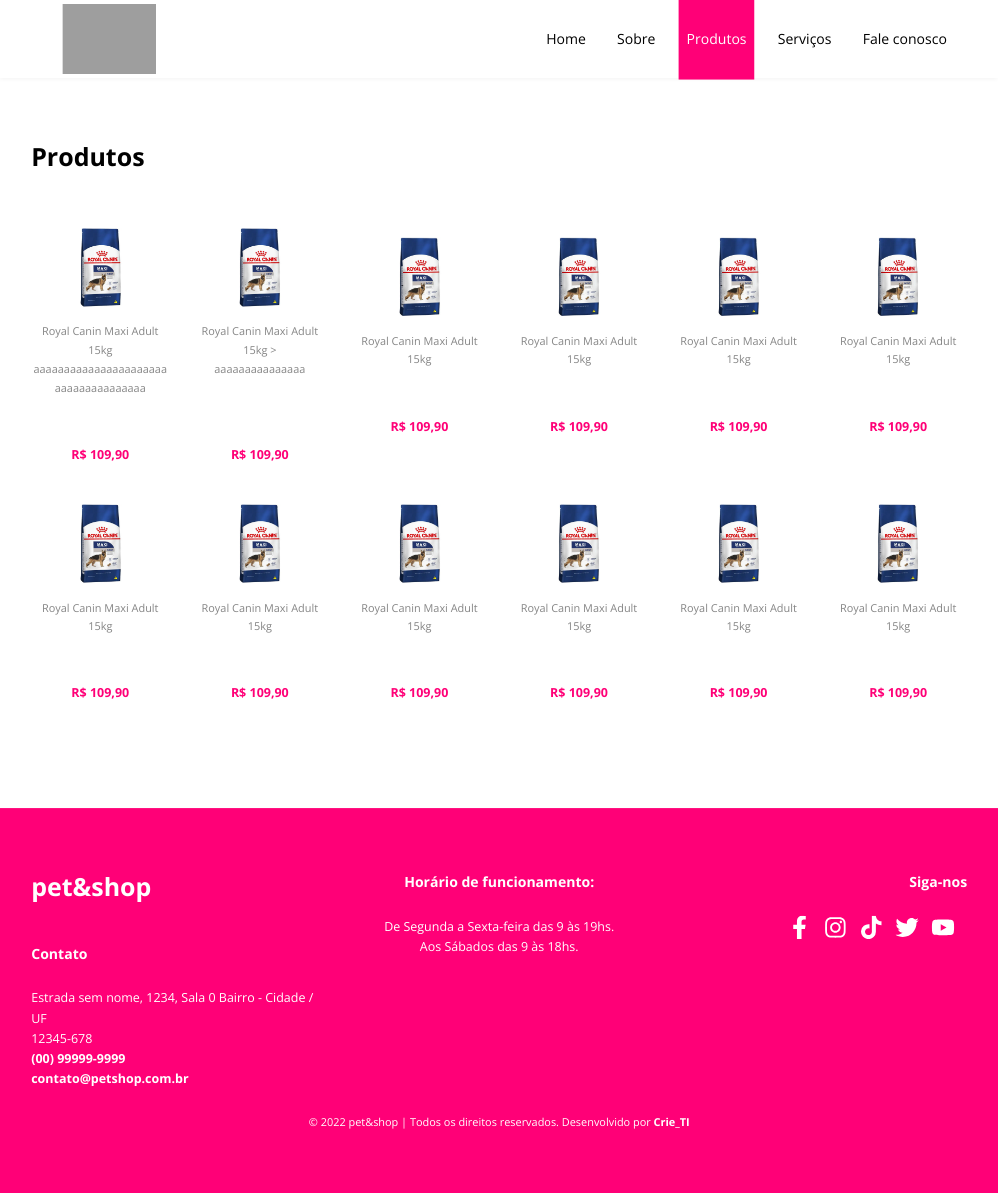
Repository: EzequielKaiber/pet-e-shop
Page: produtos.html
An editor plug-in stored every save of this project. The page is shown before and after the next save, followed by the edit.
The browser window is 1280 px wide. The pictures show the whole page, at 78% of full size.
Pictures or frames that could not be fetched are drawn as grey boxes.

Above is the page before, as saved 2022-04-25 15:40:01.

### produtos.html
<!DOCTYPE html>
<html lang="en">
<head>
    <meta charset="UTF-8">
    <meta http-equiv="X-UA-Compatible" content="IE=edge">
    <meta name="viewport" content="width=device-width, initial-scale=1.0">
    <title>Produtos</title>
    <link rel="stylesheet" href="css/header.css">
    <link rel="stylesheet" href="css/style.css">
    <link rel="stylesheet" href="css/footer.css">
    <link href="https://fonts.googleapis.com/css2?family=Open+Sans:wght@400;700&display=swap" rel="stylesheet">
</head>
<body class="page-produtos">
    <header>
        <div class="container">
            <div class="header-itens">
                <a href="./">
                    <div class="logo" style="background-image: url(img/logo-colored.svg);"></div>
                </a>
                <nav class="menu">
                    <ul>
                        <li>
                            <a href="./index.html">Home</a>
                        </li>
                        <li>
                            <a href="./sobre.html">Sobre</a>
                        </li>
                        <li class="active">
                            <a href="./produtos.html">Produtos</a>
                        </li>
                        <li>
                            <a href="./servicos.html">Serviços</a>
                        </li>
                        <li>
                            <a href="./fale-conosco.html">Fale conosco</a>
                        </li>
                    </ul>
                </nav>
            </div>
        </div>
    </header>
    <div class="container">
        <div class="produtos-list">
            <div class="title">
                <h2>Produtos</h2>
            </div>
            <div class="cards-produtos">
                <div class="card">
                    <div class="image" style="background-image: url(img/Produtos/product-1.webp);"></div>
                    <small>Royal Canin Maxi Adult 15kg <br>
                        aaaaaaaaaaaaaaaaaaaaaa <br>
                        aaaaaaaaaaaaaaa <br>
                    </small>
                    <span>R$ 109,90</span>
                </div>
                <div class="card">
                    <div class="image" style="background-image: url(img/Produtos/product-1.webp);"></div>
                    <small>Royal Canin Maxi Adult 15kg
                        ><br> aaaaaaaaaaaaaaa
                        <br>
                        <br>
                    </small>
                    <span>R$ 109,90</span>
                </div>
                <div class="card">
                    <div class="image" style="background-image: url(img/Produtos/product-1.webp);"></div>
                    <small>Royal Canin Maxi Adult 15kg</small>
                    <span>R$ 109,90</span>
                </div>
                <div class="card">
                    <div class="image" style="background-image: url(img/Produtos/product-1.webp);"></div>
                    <small>Royal Canin Maxi Adult 15kg</small>
                    <span>R$ 109,90</span>
                </div>
                <div class="card">
                    <div class="image" style="background-image: url(img/Produtos/product-1.webp);"></div>
                    <small>Royal Canin Maxi Adult 15kg</small>
                    <span>R$ 109,90</span>
                </div>
                <div class="card">
                    <div class="image" style="background-image: url(img/Produtos/product-1.webp);"></div>
                    <small>Royal Canin Maxi Adult 15kg</small>
                    <span>R$ 109,90</span>
                </div>
                <div class="card">
                    <div class="image" style="background-image: url(img/Produtos/product-1.webp);"></div>
                    <small>Royal Canin Maxi Adult 15kg</small>
                    <span>R$ 109,90</span>
                </div>
                <div class="card">
                    <div class="image" style="background-image: url(img/Produtos/product-1.webp);"></div>
                    <small>Royal Canin Maxi Adult 15kg</small>
                    <span>R$ 109,90</span>
                </div>
                <div class="card">
                    <div class="image" style="background-image: url(img/Produtos/product-1.webp);"></div>
                    <small>Royal Canin Maxi Adult 15kg</small>
                    <span>R$ 109,90</span>
                </div>
                <div class="card">
                    <div class="image" style="background-image: url(img/Produtos/product-1.webp);"></div>
                    <small>Royal Canin Maxi Adult 15kg</small>
                    <span>R$ 109,90</span>
                </div>
                <div class="card">
                    <div class="image" style="background-image: url(img/Produtos/product-1.webp);"></div>
                    <small>Royal Canin Maxi Adult 15kg</small>
                    <span>R$ 109,90</span>
                </div>
                <div class="card">
                    <div class="image" style="background-image: url(img/Produtos/product-1.webp);"></div>
                    <small>Royal Canin Maxi Adult 15kg</small>
                    <span>R$ 109,90</span>
                </div>
            </div>
        </div>
    </div>
    <footer>
        <div class="container">
            <div class="footer-itens">
                <div class="footer-item">
                    <h2>pet&shop</h2>
                    <ul>
                        <li class="title">Contato</li>
                        <li>Estrada sem nome, 1234, Sala 0 Bairro - Cidade / UF</li>
                        <li>12345-678</li>
                        <li><a href="tel:(00) 99999-9999">(00) 99999-9999</a></li>
                        <li><a href="mailto:contato@petshop.com.br">contato@petshop.com.br</a></li>
                    </ul>
                </div>
                <div class="footer-item dflex alg-center jcc f-col">
                    <h1>Horário de funcionamento:</h1>
                    <p>De Segunda a Sexta-feira das 9 às 19hs.</p>
                    <p>Aos Sábados das 9 às 18hs.</p>
                </div>
                <div class="footer-item social-items">
                    <h1>Siga-nos</h1>
                    <div class="social">
                        <a href="#">
                            <svg xmlns="http://www.w3.org/2000/svg" viewBox="0 0 320 512"><!--! Font Awesome Pro 6.1.1 by @fontawesome - https://fontawesome.com License - https://fontawesome.com/license (Commercial License) Copyright 2022 Fonticons, Inc. --><path d="M279.14 288l14.22-92.66h-88.91v-60.13c0-25.35 12.42-50.06 52.24-50.06h40.42V6.26S260.43 0 225.36 0c-73.22 0-121.08 44.38-121.08 124.72v70.62H22.89V288h81.39v224h100.17V288z"/></svg>
                        </a>
                        <a href="#">
                            <svg xmlns="http://www.w3.org/2000/svg" viewBox="0 0 448 512"><!--! Font Awesome Pro 6.1.1 by @fontawesome - https://fontawesome.com License - https://fontawesome.com/license (Commercial License) Copyright 2022 Fonticons, Inc. --><path d="M224.1 141c-63.6 0-114.9 51.3-114.9 114.9s51.3 114.9 114.9 114.9S339 319.5 339 255.9 287.7 141 224.1 141zm0 189.6c-41.1 0-74.7-33.5-74.7-74.7s33.5-74.7 74.7-74.7 74.7 33.5 74.7 74.7-33.6 74.7-74.7 74.7zm146.4-194.3c0 14.9-12 26.8-26.8 26.8-14.9 0-26.8-12-26.8-26.8s12-26.8 26.8-26.8 26.8 12 26.8 26.8zm76.1 27.2c-1.7-35.9-9.9-67.7-36.2-93.9-26.2-26.2-58-34.4-93.9-36.2-37-2.1-147.9-2.1-184.9 0-35.8 1.7-67.6 9.9-93.9 36.1s-34.4 58-36.2 93.9c-2.1 37-2.1 147.9 0 184.9 1.7 35.9 9.9 67.7 36.2 93.9s58 34.4 93.9 36.2c37 2.1 147.9 2.1 184.9 0 35.9-1.7 67.7-9.9 93.9-36.2 26.2-26.2 34.4-58 36.2-93.9 2.1-37 2.1-147.8 0-184.8zM398.8 388c-7.8 19.6-22.9 34.7-42.6 42.6-29.5 11.7-99.5 9-132.1 9s-102.7 2.6-132.1-9c-19.6-7.8-34.7-22.9-42.6-42.6-11.7-29.5-9-99.5-9-132.1s-2.6-102.7 9-132.1c7.8-19.6 22.9-34.7 42.6-42.6 29.5-11.7 99.5-9 132.1-9s102.7-2.6 132.1 9c19.6 7.8 34.7 22.9 42.6 42.6 11.7 29.5 9 99.5 9 132.1s2.7 102.7-9 132.1z"/></svg>
                        </a>
                        <a href="#">
                            <svg xmlns="http://www.w3.org/2000/svg" viewBox="0 0 448 512"><!--! Font Awesome Pro 6.1.1 by @fontawesome - https://fontawesome.com License - https://fontawesome.com/license (Commercial License) Copyright 2022 Fonticons, Inc. --><path d="M448,209.91a210.06,210.06,0,0,1-122.77-39.25V349.38A162.55,162.55,0,1,1,185,188.31V278.2a74.62,74.62,0,1,0,52.23,71.18V0l88,0a121.18,121.18,0,0,0,1.86,22.17h0A122.18,122.18,0,0,0,381,102.39a121.43,121.43,0,0,0,67,20.14Z"/></svg>
                        </a>
                        <a href="#">
                            <svg xmlns="http://www.w3.org/2000/svg" viewBox="0 0 512 512"><!--! Font Awesome Pro 6.1.1 by @fontawesome - https://fontawesome.com License - https://fontawesome.com/license (Commercial License) Copyright 2022 Fonticons, Inc. --><path d="M459.37 151.716c.325 4.548.325 9.097.325 13.645 0 138.72-105.583 298.558-298.558 298.558-59.452 0-114.68-17.219-161.137-47.106 8.447.974 16.568 1.299 25.34 1.299 49.055 0 94.213-16.568 130.274-44.832-46.132-.975-84.792-31.188-98.112-72.772 6.498.974 12.995 1.624 19.818 1.624 9.421 0 18.843-1.3 27.614-3.573-48.081-9.747-84.143-51.98-84.143-102.985v-1.299c13.969 7.797 30.214 12.67 47.431 13.319-28.264-18.843-46.781-51.005-46.781-87.391 0-19.492 5.197-37.36 14.294-52.954 51.655 63.675 129.3 105.258 216.365 109.807-1.624-7.797-2.599-15.918-2.599-24.04 0-57.828 46.782-104.934 104.934-104.934 30.213 0 57.502 12.67 76.67 33.137 23.715-4.548 46.456-13.32 66.599-25.34-7.798 24.366-24.366 44.833-46.132 57.827 21.117-2.273 41.584-8.122 60.426-16.243-14.292 20.791-32.161 39.308-52.628 54.253z"/></svg>
                        </a>
                        <a href="#">
                            <svg xmlns="http://www.w3.org/2000/svg" viewBox="0 0 576 512"><!--! Font Awesome Pro 6.1.1 by @fontawesome - https://fontawesome.com License - https://fontawesome.com/license (Commercial License) Copyright 2022 Fonticons, Inc. --><path d="M549.655 124.083c-6.281-23.65-24.787-42.276-48.284-48.597C458.781 64 288 64 288 64S117.22 64 74.629 75.486c-23.497 6.322-42.003 24.947-48.284 48.597-11.412 42.867-11.412 132.305-11.412 132.305s0 89.438 11.412 132.305c6.281 23.65 24.787 41.5 48.284 47.821C117.22 448 288 448 288 448s170.78 0 213.371-11.486c23.497-6.321 42.003-24.171 48.284-47.821 11.412-42.867 11.412-132.305 11.412-132.305s0-89.438-11.412-132.305zm-317.51 213.508V175.185l142.739 81.205-142.739 81.201z"/></svg>
                        </a>
                    </div>
                </div>
            </div>
            <div class="copy">
                <p>© 2022 pet&shop | Todos os direitos reservados. Desenvolvido por <a target="_blank" href="https://www.univates.br/crieti">Crie_TI</a></p>
            </div>
        </div>
    </footer>
</body>
</html>

### css/header.css
* {
    padding: 0;
    margin: 0;
    box-sizing: border-box;
}
header {
    width: 100%;
    height: 100px;
    background-color: #fff;
    box-shadow: 0 3px 6px 0 rgb(0 0 0 / 5%);
    position: fixed;
    top: 0;
    z-index: 999999;
}
header .header-itens {
    display: flex;
    flex-direction: row;
    justify-content: space-between;
    width: 100%;
    height: 100px;
    align-items: center;
}
header .header-itens .logo {
    width: 200px;
    height: 90px;
    background-position: center;
    background-repeat: no-repeat;
    background-size: contain;
}
header .header-itens .menu {
    display: flex;
    flex-direction: row;
}
header .header-itens .menu ul {
    list-style: none;
    display: flex;
    flex-direction: row;
    margin-right: 16px;
}
header .header-itens .menu ul li {
    height: 100%;
    padding: 38px 10px;
    margin-left: 20px;
}
header .header-itens .menu ul li a {
    font-size: 18px;
    line-height: 28px;
    color: #000;
    text-decoration: none;
    transition: ease-in-out 0.32s;
}
header .header-itens .menu ul li a:hover {
    transition: ease-in-out 0.32s;
    color: #f07;
}
header .header-itens .menu ul li.active {
    background-color: #f07;
}
header .header-itens .menu ul li.active a {
    color: #fff;
}

### css/footer.css
footer {
    background-color: #FF0077;
    padding: 80px 0;
}
footer .footer-itens {
    display: flex;
    flex-direction: row;
    justify-content: space-between;
}
footer .footer-itens .footer-item {
    width: calc(33% - 15px);
    height: fit-content;
}
footer .footer-itens .footer-item h2 {
    font-size: 32px;
    line-height: 42px;
    color: #fff;
    margin-bottom: 50px;
}
footer .footer-itens .footer-item ul {
    list-style: none;
    display: flex;
    flex-direction: column;
}
footer .footer-itens .footer-item ul li.title {
    font-size: 18px;
    line-height: 28px;
    color: #fff;
    font-weight: bold;
    margin-bottom: 30px;
}
footer .footer-itens .footer-item ul li {
    font-size: 16px;
    line-height: 26px;
    color: #fff;
}
footer .footer-itens .footer-item ul li a {
    font-size: 16px;
    line-height: 26px;
    color: #fff;
    font-weight: bold;
    text-decoration: none;
}
footer .footer-itens .footer-item h1 {
    font-size: 18px;
    line-height: 28px;
    color: #fff;
    font-weight: bold;
    margin-bottom: 30px;
}
footer .footer-itens .footer-item.social-items {
    align-items: flex-end;
    justify-content: flex-end;
    display: flex;
    flex-direction: column;
}
footer .footer-itens .footer-item p {
    font-size: 16px;
    line-height: 26px;
    color: #fff;
}
footer .footer-itens .footer-item .social {
    display: flex;
    flex-direction: row;
    align-items: flex-end;
}
footer .footer-itens .footer-item .social a {
    display: block;
    height: 30px;
    width: 30px;
    margin-right: 16px;
}
footer .footer-itens .footer-item .social a svg {
    height: 30px;
    width: 30px;
    fill: #fff;
    transition: ease-in-out 0.32s;
    transform: scale(1) rotate(0deg);
}
footer .footer-itens .footer-item .social a:hover svg {
    transform: scale(1.1) rotate(10deg);
    transition: ease-in-out 0.32s;
}
footer .copy {
    display: flex;
    margin-top: 30px;
    flex-direction: row;
    align-items: center;
    justify-content: center;
}
footer .copy p {
    font-size: 14px;
    line-height: 24px;
    color: #fff;
}
footer .copy p a {
    font-size: 14px;
    line-height: 24px;
    color: #fff;
    font-weight: bold;
    text-decoration: none;
}

Loaded but not shown: css/style.css (481 lines, source omitted)

After the next save:
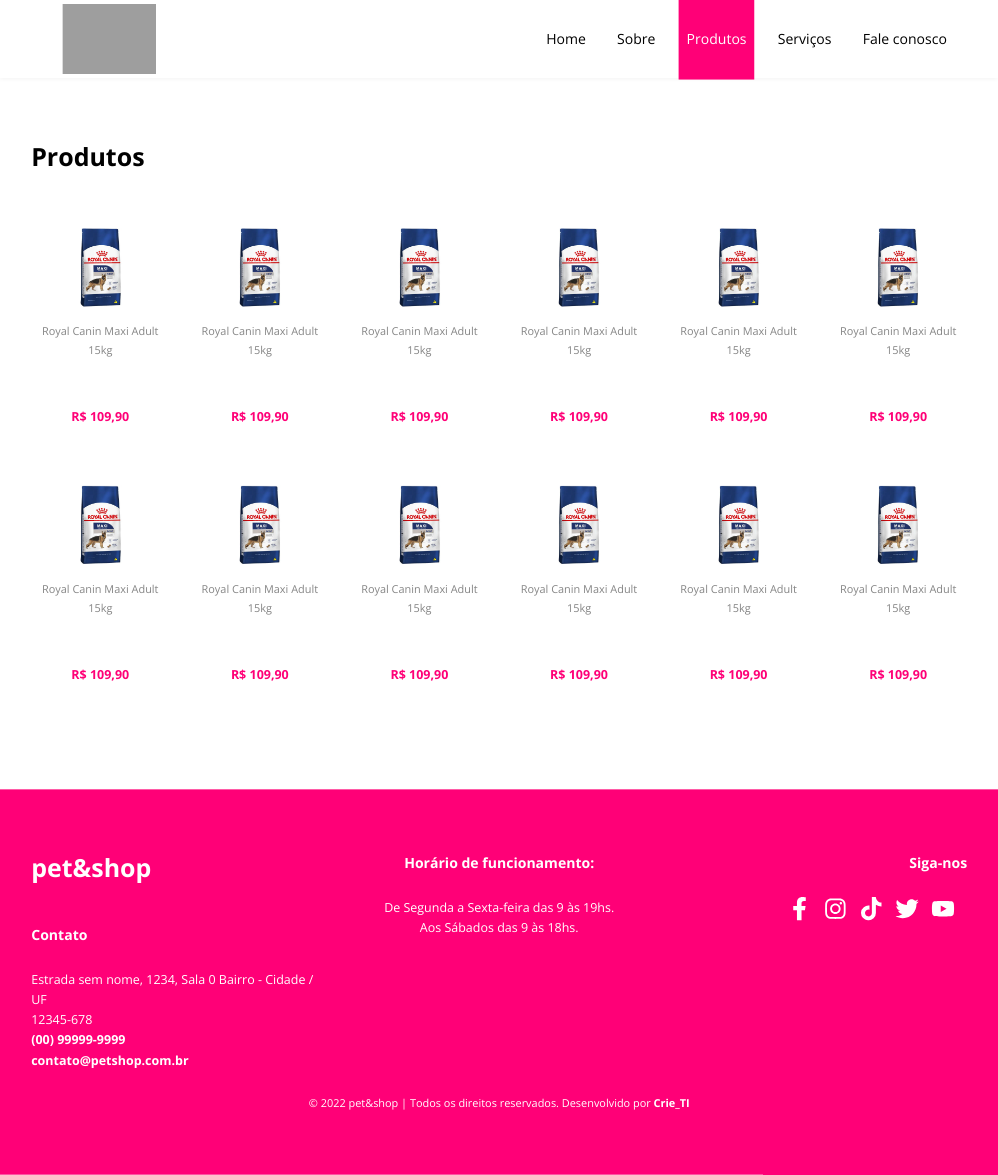
Saved 28 s later.
--- a/produtos.html
+++ b/produtos.html
@@ -47,19 +47,12 @@
             <div class="cards-produtos">
                 <div class="card">
                     <div class="image" style="background-image: url(img/Produtos/product-1.webp);"></div>
-                    <small>Royal Canin Maxi Adult 15kg <br>
-                        aaaaaaaaaaaaaaaaaaaaaa <br>
-                        aaaaaaaaaaaaaaa <br>
-                    </small>
+                    <small>Royal Canin Maxi Adult 15kg</small>
                     <span>R$ 109,90</span>
                 </div>
                 <div class="card">
                     <div class="image" style="background-image: url(img/Produtos/product-1.webp);"></div>
-                    <small>Royal Canin Maxi Adult 15kg
-                        ><br> aaaaaaaaaaaaaaa
-                        <br>
-                        <br>
-                    </small>
+                    <small>Royal Canin Maxi Adult 15kg</small>
                     <span>R$ 109,90</span>
                 </div>
                 <div class="card">
